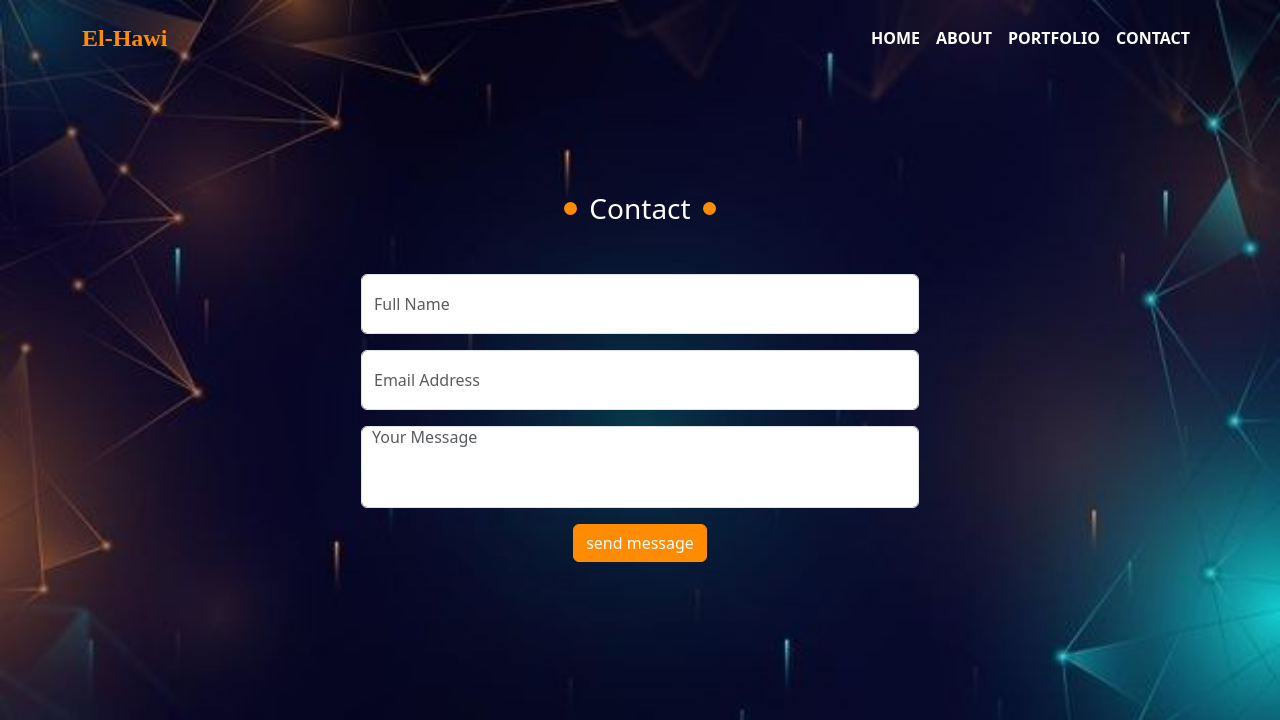
Repository: amralhawi123/Portfolio
Page: /contact
An editor plug-in stored every save of this project. The page is shown before and after the next save, followed by the edit.
The browser window is 1280 px wide. The pictures show the whole page.
The project was rebuilt for these pictures with package versions that can differ from the ones it lists, and the page was loaded fresh each time. Also part of the build but not shown: src/components/landing/landing.css, src/components/landing/landing.js, src/components/about/about.css, src/components/about/About.js, src/components/Portfolio/portfolio.css, src/components/Portfolio/Portfolio.js. Imported but missing from the stored project, and not drawn on this page: src/image/Amr Mahmoud Alhawi.pdf.

Above is the page before, as saved 2023-08-28 17:39:10.

### public/index.html
<!DOCTYPE html>
<html lang="en">
  <head>
    <meta charset="utf-8" />
    <link rel="icon" href="%PUBLIC_URL%/favicon.ico" />
    <meta name="viewport" content="width=device-width, initial-scale=1" />
    <meta name="theme-color" content="#000000" />
    <meta
      name="description"
      content="Web site created using create-react-app"
    />
    <link rel="stylesheet" href="https://cdnjs.cloudflare.com/ajax/libs/font-awesome/6.4.2/css/all.min.css" integrity="sha512-z3gLpd7yknf1YoNbCzqRKc4qyor8gaKU1qmn+CShxbuBusANI9QpRohGBreCFkKxLhei6S9CQXFEbbKuqLg0DA==" crossorigin="anonymous" referrerpolicy="no-referrer" />

    <link rel="apple-touch-icon" href="%PUBLIC_URL%/logo192.png" />
    <link rel="manifest" href="%PUBLIC_URL%/manifest.json" />
    <title>My Portfolio</title>
  </head>
  <body>
    <!-- <noscript>You need to enable JavaScript to run this app.</noscript> -->
    <div id="root"></div>

  </body>
</html>

### src/components/navbar/MayNav.js
import React from 'react'
import './Maynav.css'
import { Nav, Navbar } from 'react-bootstrap'

const MayNav = () => {
  return (
       <div className='myNav'>
      <Navbar    expand="lg" data-bs-theme="dark">
      <Navbar.Brand href="#home" className='fs-4'>El-Hawi</Navbar.Brand>
        <Navbar.Toggle aria-controls="basic-navbar-nav" />
        <Navbar.Collapse id="basic-navbar-nav">
        <Nav className="ms-auto links">
            <Nav.Link href="#home">HOME</Nav.Link>
            <Nav.Link href="#about">ABOUT</Nav.Link>
            <Nav.Link href="#portfolio">PORTFOLIO</Nav.Link>
            <Nav.Link href="#contact">CONTACT</Nav.Link>
          </Nav>
        </Navbar.Collapse>
    </Navbar>
     </div>

  )
}

export default MayNav

### src/components/contact/contact.js
import React from 'react'
import './contact.css'
import { Button, Form } from 'react-bootstrap'
const Contact = () => {
  return (
    <div className='contact text-center' id='contact'>
      <h3 className=' my-3'>Contact</h3>
       <Form className=' my-3'>
      <Form.Group className="my-3" controlId="formBasicEmail">
        <Form.Control type="text" placeholder="Full Name" />
      </Form.Group>
      <Form.Group className="my-3" controlId="formBasicEmail">
        <Form.Control type="email" placeholder="Email Address" />
      </Form.Group>

      <Form.Group className="my-3" controlId="formBasicPassword">
        <Form.Control type="text" className='heghit' placeholder="Your Message" />
      </Form.Group>
      <Button variant="primary" className='button' type="submit">
        send message
      </Button>
    </Form>
    </div>
  )
}

export default Contact

### src/components/navbar/Maynav.css
.myNav .navbar-brand{
   font-weight: bold ;
   font-family: auto;
   color:darkorange;
}

.navbar-toggler{
   background-color: white !important;
}
@media (max-width:576px) {
   .navbar-toggler{
      display: none !important;
   }
   .collapse:not(.show) {
      display: block !important;
  }
}
.myNav .links a {
   display: flex;
    justify-content: center;
    align-items: center;
    height: 60px;
    padding: 0 20px;
    position: relative;
    transition: .2s;
    overflow: hidden;
    text-decoration: auto;
    color: white;
    font-weight: 700;
}
.myNav .links a::before{
   content: '';
   position: absolute;
   width: 100%;
   height: 3px;
   background-color: darkorange;
   top: 0;
   left: -100%;
   transition: .2s;
}
.myNav .links a:hover::before {
   left: 0;
}
@media (max-width:576px) {
   .navbar-toggler{
      display: none !important;
   }
   .collapse:not(.show) {
      display: block !important;
  }
  .navbar-nav {
    flex-direction: row !important;
  }
  .myNav .links a{
   padding: 0 15px;
  }
  .navbar{
   display: block !important;
   text-align: center;
  }
  .myNav .links a::before{
   top: 94%;
   left: -100%;
   transition: .2s;
}

}

### src/components/contact/contact.css
.contact{
   margin: 100px 0;
    text-align: center;
    display: flex;
    flex-direction: column;
    align-items: center;
}


form{
   width: 50%;
}
form input{
   height: 60px;
}
form .heghit{
   padding: 10px 0 70px 10px;
}
.button{
   background-color: darkorange !important;
   border-color: darkorange !important;
}
.contact  h3{
   color: white;
   position: relative;
   display: inline-block;
}
.contact  h3::before{
   content: '';
   position: absolute;
   background-color: darkorange;
   width: 13px;
   height: 13px;
   border-radius: 50%;
   left: -25px;
   top: 30%;
}
.contact  h3::after{
   content: '';
   position: absolute;
   background-color: darkorange;
   width: 13px;
   height: 13px;
   border-radius: 50%;
   right: -25px;
   top: 30%;
}

Loaded but not shown: src/index.js (common file); src/App.js (common file); src/index.css (common file)

After the next save:
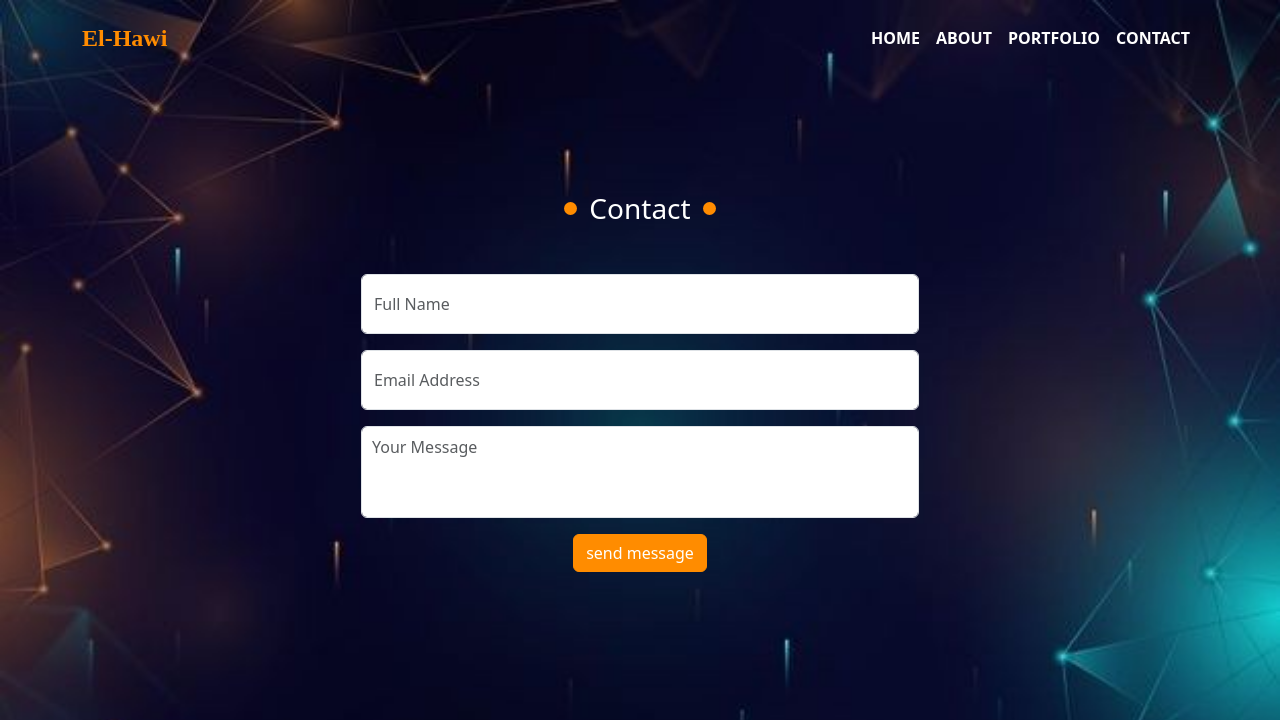
Saved 9 s later.
--- a/src/components/contact/contact.css
+++ b/src/components/contact/contact.css
@@ -14,7 +14,7 @@ form input{
    height: 60px;
 }
 form .heghit{
-   padding: 10px 0 70px 10px;
+   padding: 20px 0 70px 10px;
 }
 .button{
    background-color: darkorange !important;
